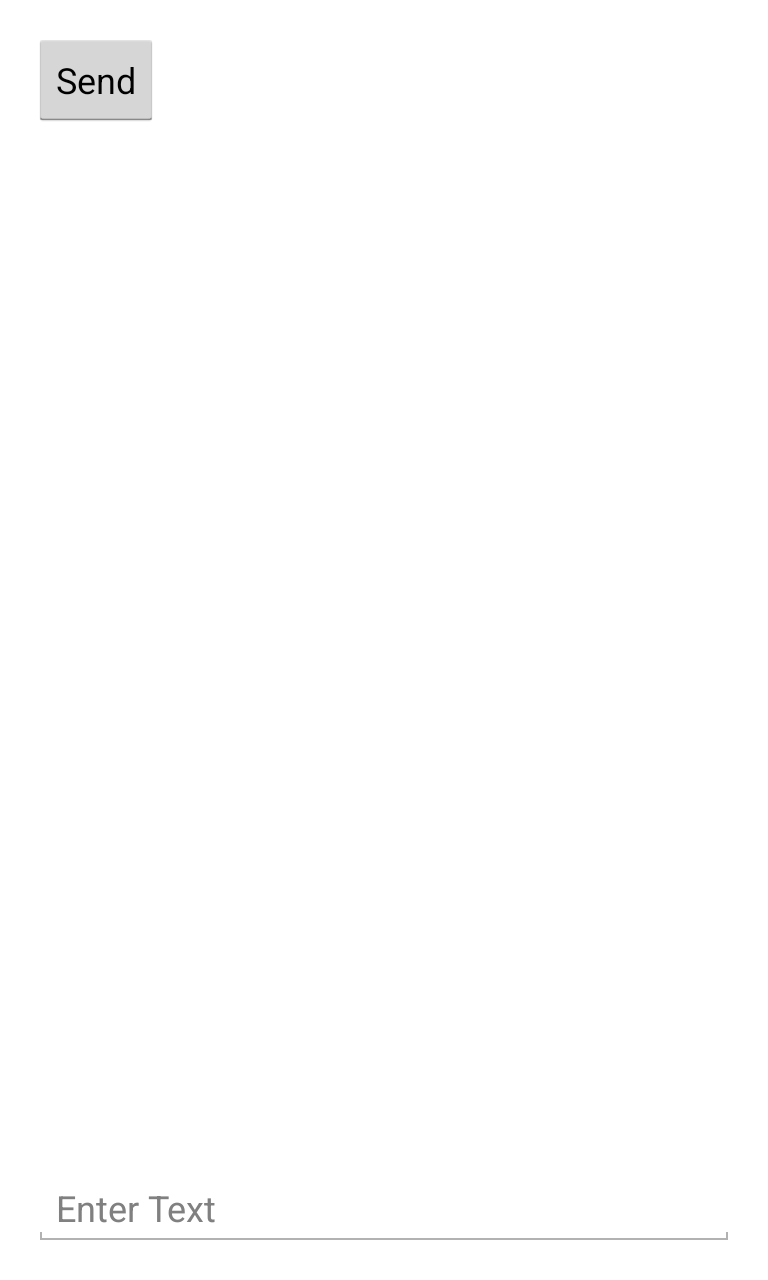
Repository: MICHAELDOVOHORG/mobiledev
Layout: Let'sChat/res/layout/activity_message.xml
These files come from the project's save history. The layout is drawn as it stood at one moment and after the next save; the edit follows.
It is drawn on a 768 x 1280 px phone screen (xhdpi) without system bars, with theme AppTheme; the app's code is not run. Lists and similar views that code fills are empty.

Above is the layout before, as saved 2014-03-07 07:44:29.

After the next save:
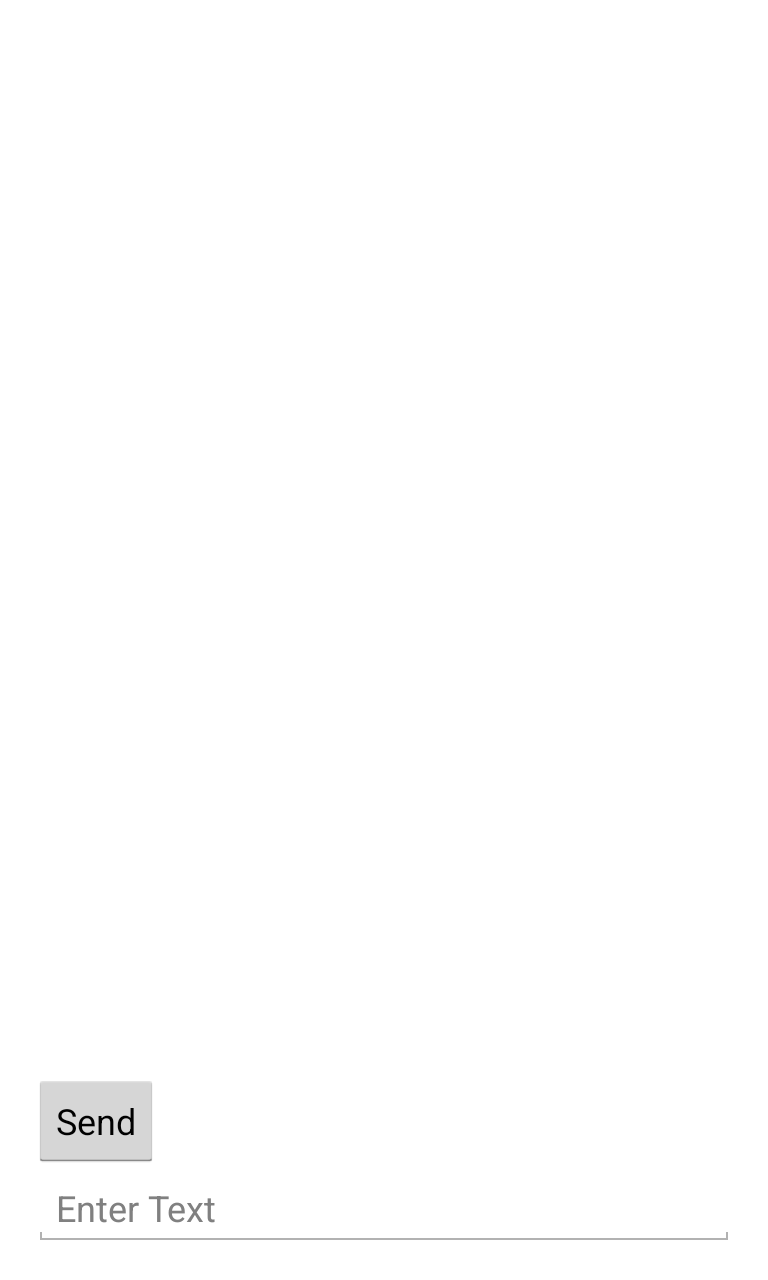
Saved 28 s later.
--- a/Let'sChat/res/layout/activity_message.xml
+++ b/Let'sChat/res/layout/activity_message.xml
@@ -31,6 +31,7 @@
         android:id="@+id/sendMessage"
         android:layout_width="wrap_content"
         android:layout_height="wrap_content"
+        android:layout_above="@id/typingArea"
         android:text="Send" />
 
 "
